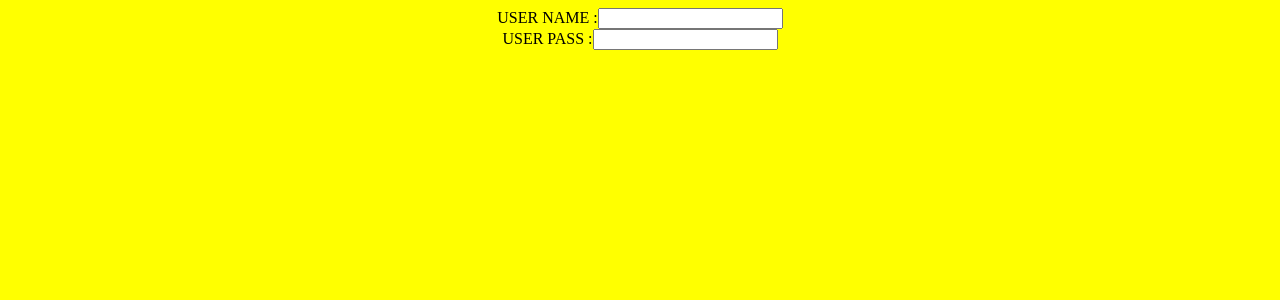
Repository: Thaneshwara848/E-Y
Page: Jdbc-Servlet-Jsp/Webemo5/src/main/webapp/LoginPage.html
These files come from the project's save history. The page is drawn as it stood at one moment and after the next save; the edit follows.
The browser window is 1280 px wide. The pictures show the whole page.

Above is the page before, as saved 2023-05-22 06:18:04.

After the next save:
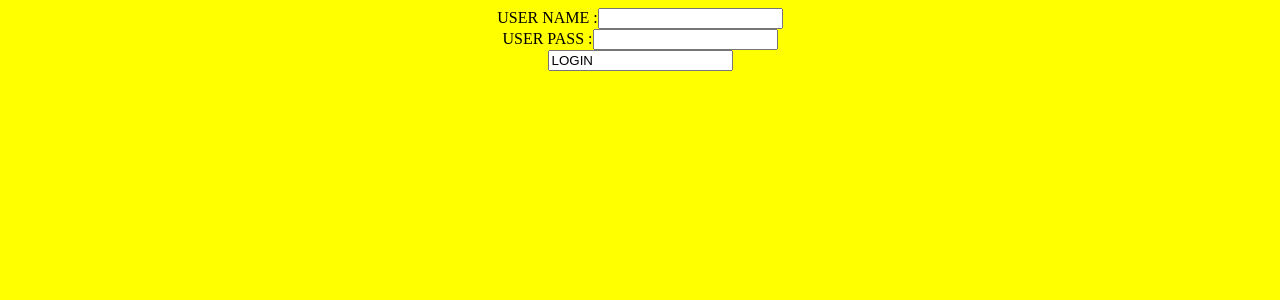
Saved 11 s later.
--- a/Jdbc-Servlet-Jsp/Webemo5/src/main/webapp/LoginPage.html
+++ b/Jdbc-Servlet-Jsp/Webemo5/src/main/webapp/LoginPage.html
@@ -11,6 +11,8 @@
 	USER NAME :<input type="text" name="uname"><br>
 	USER PASS :<input type="text" name="upass"><br>
 
+	<input type="text" value="LOGIN">
+
 
 	</form>
 
